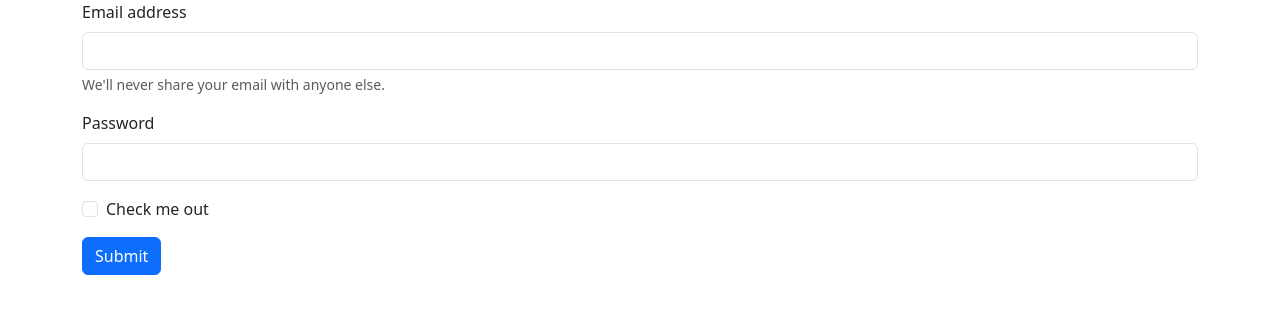
Repository: Vanh260703/Java-Servlet
Page: http://localhost/Bai6_JSP3/login.jsp
An editor plug-in stored every save of this project. The page is shown before and after the next save, followed by the edit.
The browser window is 1280 px wide. The pictures show the whole page.
The page is served by Tomcat 9.

Above is the page before, as saved 2025-03-03 19:59:40.

After the next save:
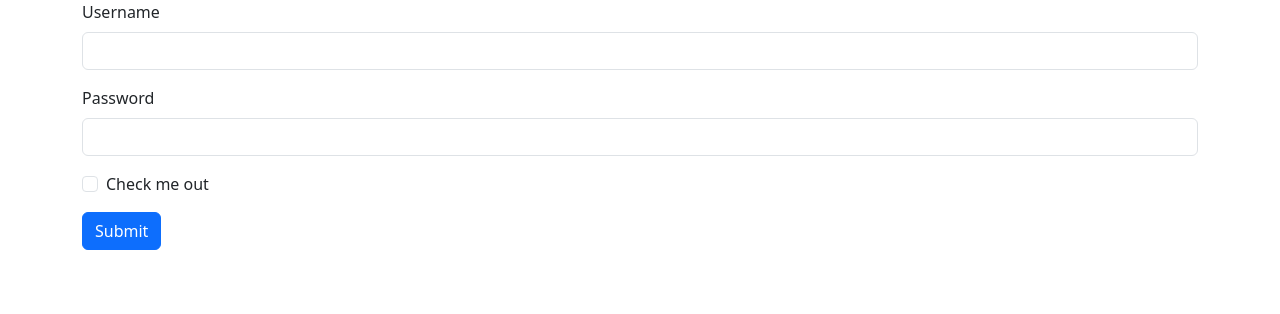
Saved 76 s later.
--- a/Bai6_JSP3/src/main/webapp/login.jsp
+++ b/Bai6_JSP3/src/main/webapp/login.jsp
@@ -14,9 +14,8 @@
 	<div class = "container">
 		<form>
   <div class="mb-3">
-    <label for="exampleInputEmail1" class="form-label">Email address</label>
-    <input type="email" class="form-control" id="exampleInputEmail1" aria-describedby="emailHelp">
-    <div id="emailHelp" class="form-text">We'll never share your email with anyone else.</div>
+    <label for="username" class="form-label">Username</label>
+    <input type="text" class="form-control" id="userName" name = "userName">
   </div>
   <div class="mb-3">
     <label for="exampleInputPassword1" class="form-label">Password</label>
